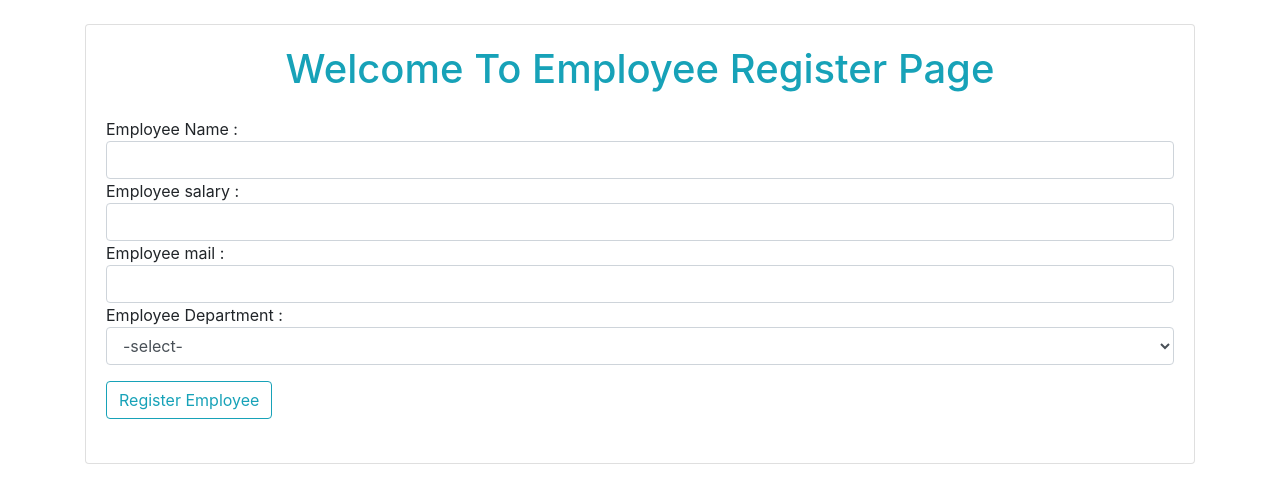
Repository: lokeshsukhwal/EmployeeMiniProject
Page: http://localhost/EmployeeRegister
These files come from the project's save history. The page is drawn as it stood at one moment and after the next save; the edit follows.
The browser window is 1280 px wide. The pictures show the whole page.
The page is this project's Thymeleaf template; nobody is signed in. The template is opened directly, without the code that normally fills it, so the values that code supplies are empty.

Above is the page before, as saved 2023-01-18 13:35:46.

### SpringBootMvc-ThymeleafMySqlCrudMiniProject/src/main/resources/templates/EmployeeRegister.html
<!DOCTYPE html>
<html xmlns:th="https://www.thymeleaf.org/">
<head>
<meta charset="ISO-8859-1">
<title>Employee register page</title>
<!-- Latest compiled and minified CSS -->
<link rel="stylesheet"
	href="https://cdn.jsdelivr.net/npm/bootstrap@4.6.2/dist/css/bootstrap.min.css">
</head>
<body>
	<div class="container">
		<div class="card mt-4 ">
			<div class="card-body ">
				<h1 class=" text-info text-center">Welcome To Employee Register Page</h1>
		<form th:action="@{/employee/save}" method="POST" class="mt-4 form ">
			Employee Name : <input type="text" name="empName"class="form-control">
		    Employee salary : <input type="text"name="empSalary" class="form-control">
		    Employee mail : <input type="email" name="empMail" class="form-control">
		    Employee Department : <select name="department" class="form-control dropdown">
									<option value="#">-select-</option>
									<option value="dev">DEV</option>
									<option value="ba">BA</option>
									<option value="qa">QA</option>
								  </select>

		<button type="submit" class="btn btn-outline-info mt-3">Register Employee</button>

				</form>


				<h4 th:text="${message}"class="bg-success text-white mt-4 text-center"></h4>
			</div>
		</div>
	</div>
</body>
</html>

After the next save:
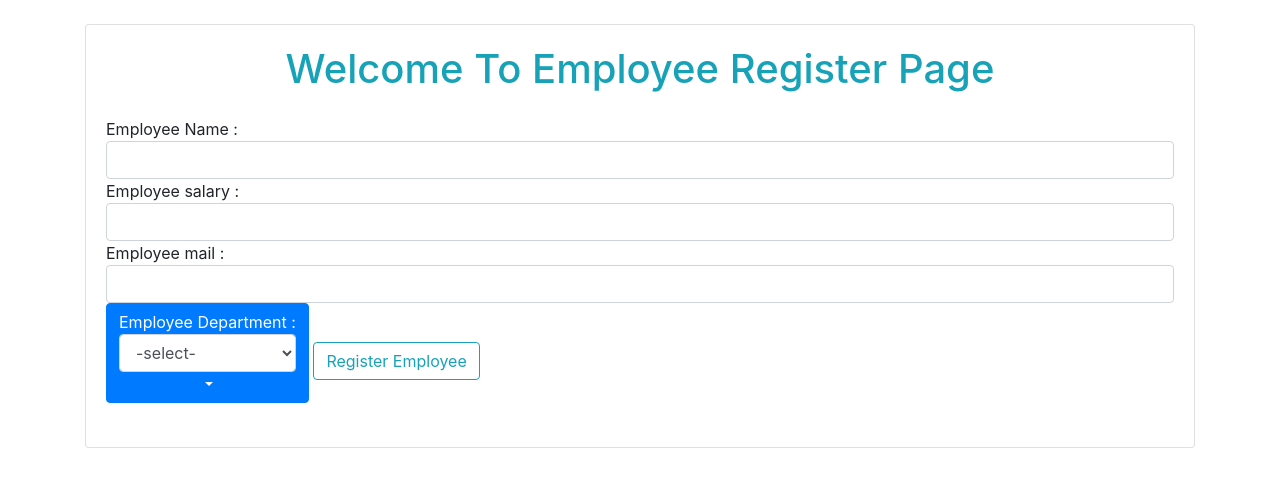
Saved 89 s later.
--- a/SpringBootMvc-ThymeleafMySqlCrudMiniProject/src/main/resources/templates/EmployeeRegister.html
+++ b/SpringBootMvc-ThymeleafMySqlCrudMiniProject/src/main/resources/templates/EmployeeRegister.html
@@ -16,13 +16,14 @@
 			Employee Name : <input type="text" name="empName"class="form-control">
 		    Employee salary : <input type="text"name="empSalary" class="form-control">
 		    Employee mail : <input type="email" name="empMail" class="form-control">
+		    <button type="button" class="btn btn-primary dropdown-toggle" data-toggle="dropdown">
 		    Employee Department : <select name="department" class="form-control dropdown">
 									<option value="#">-select-</option>
 									<option value="dev">DEV</option>
 									<option value="ba">BA</option>
 									<option value="qa">QA</option>
 								  </select>
-
+						</button>
 		<button type="submit" class="btn btn-outline-info mt-3">Register Employee</button>
 
 				</form>

After the save that followed:
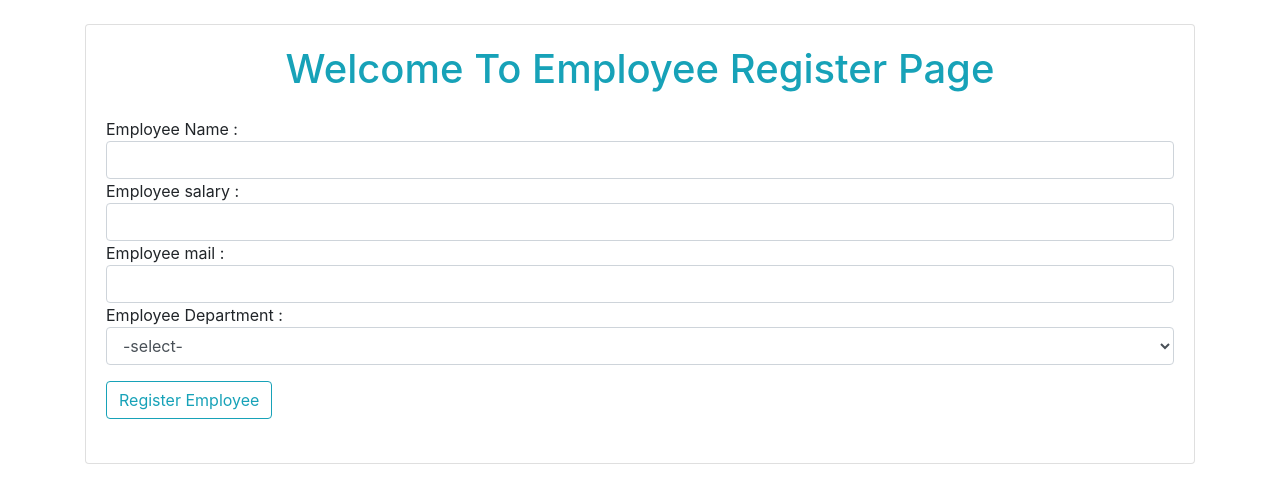
Saved 25 s later.
--- a/SpringBootMvc-ThymeleafMySqlCrudMiniProject/src/main/resources/templates/EmployeeRegister.html
+++ b/SpringBootMvc-ThymeleafMySqlCrudMiniProject/src/main/resources/templates/EmployeeRegister.html
@@ -16,14 +16,14 @@
 			Employee Name : <input type="text" name="empName"class="form-control">
 		    Employee salary : <input type="text"name="empSalary" class="form-control">
 		    Employee mail : <input type="email" name="empMail" class="form-control">
-		    <button type="button" class="btn btn-primary dropdown-toggle" data-toggle="dropdown">
+
 		    Employee Department : <select name="department" class="form-control dropdown">
 									<option value="#">-select-</option>
 									<option value="dev">DEV</option>
 									<option value="ba">BA</option>
 									<option value="qa">QA</option>
 								  </select>
-						</button>
+
 		<button type="submit" class="btn btn-outline-info mt-3">Register Employee</button>
 
 				</form>
